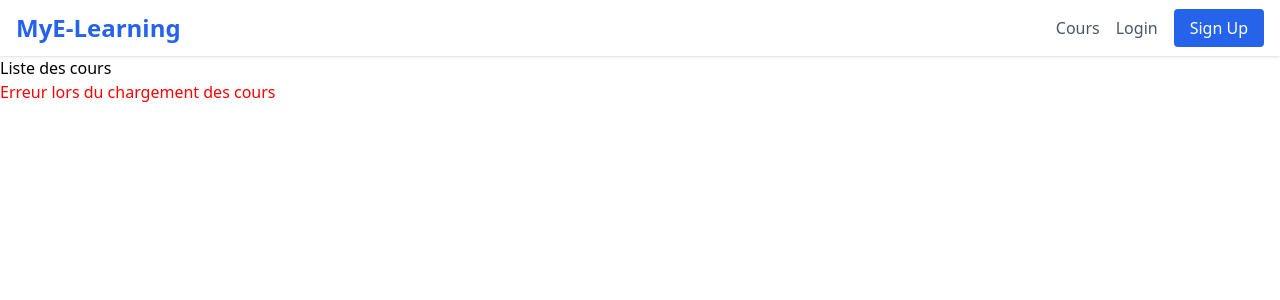
Repository: abdernossair/Studyfi
Page: /courses (app in frontend-react/)
These files come from the project's save history. The page is drawn as it stood at one moment and after the next save; the edit follows.
The browser window is 1280 px wide. The pictures show the whole page.
The page's requests for data from a server got no answer. The project was rebuilt for these pictures with package versions that can differ from the ones it lists, and the page was loaded fresh each time. No one was signed in, and anything a server would have sent is missing. Also part of the build but not shown: frontend-react/src/pages/Home.js, frontend-react/src/pages/Login.js, frontend-react/src/pages/Signup.js, frontend-react/src/pages/CourseDetail.js.

Above is the page before, as saved 2025-01-08 02:27:43.

### frontend-react/public/index.html
<!DOCTYPE html>
<html lang="fr">
  <head>
    <meta charset="utf-8" />
    <meta name="viewport" content="width=device-width, initial-scale=1" />
    <!-- Balise <title> pour le nom de ton appli -->
    <title>Mon Application E-Learning</title>

    <!-- Exemple d'icône pour l'onglet (facultatif) -->
    <link rel="icon" href="%PUBLIC_URL%/favicon.ico" />
  </head>
  <body>
    <!-- Message si JavaScript est désactivé -->
    <noscript>Vous devez activer JavaScript pour pouvoir utiliser cette application.</noscript>

    <!-- La div où React va injecter toute l’app -->
    <div id="root"></div>
  </body>
</html>

### frontend-react/src/index.js
import React from 'react';
import ReactDOM from 'react-dom/client';
import './index.css'; // <-- Import Tailwind ici
import App from './App';
import { BrowserRouter } from 'react-router-dom';

const root = ReactDOM.createRoot(document.getElementById('root'));
root.render(
  <BrowserRouter>
    <App />
  </BrowserRouter>
);

### frontend-react/src/App.js
import React from 'react';
import { Routes, Route } from 'react-router-dom';
import Home from './pages/Home';
import Login from './pages/Login';
import Signup from './pages/Signup';
import Courses from './pages/Courses';
import CourseDetail from './pages/CourseDetail';
import Navbar from './components/Navbar';

function App() {
  return (
    <div>
      {/* On affiche la barre de navigation en haut */}
      <Navbar />

      {/* Définition des routes */}
      <Routes>
        <Route path="/" element={<Home />} />
        <Route path="/login" element={<Login />} />
        <Route path="/signup" element={<Signup />} />
        <Route path="/courses" element={<Courses />} />
        <Route path="/courses/:id" element={<CourseDetail />} />
      </Routes>
    </div>
  );
}

export default App;

### frontend-react/src/pages/Courses.js
import React, { useEffect, useState } from 'react';
import { Link } from 'react-router-dom';
import { getAllCourses } from '../services/api';

const Courses = () => {
  const [courses, setCourses] = useState([]);
  const [error, setError] = useState('');

  useEffect(() => {
    const fetchCourses = async () => {
      try {
        const { data } = await getAllCourses();
        setCourses(data);
      } catch (err) {
        setError(err.response?.data?.error || 'Erreur lors du chargement des cours');
      }
    };
    fetchCourses();
  }, []);

  return (
    <div>
      <h2>Liste des cours</h2>
      {error && <p style={{ color: 'red' }}>{error}</p>}
      <ul>
        {courses.map((course) => (
          <li key={course._id}>
            {/* Lien vers la page de détail du cours */}
            <Link to={`/courses/${course._id}`}>{course.title}</Link>
          </li>
        ))}
      </ul>
    </div>
  );
};

export default Courses;

### frontend-react/src/components/Navbar.js
import React from 'react';
import { Link } from 'react-router-dom';

const Navbar = () => {
  return (
    <header className="bg-white shadow sticky top-0 z-50">
      <div className="container mx-auto px-4 py-3 flex items-center justify-between">
        <Link to="/" className="text-2xl font-bold text-blue-600">
          MyE-Learning
        </Link>

        <nav className="space-x-4">
          <Link
            to="/courses"
            className="text-gray-600 hover:text-blue-600 transition"
          >
            Cours
          </Link>
          <Link
            to="/login"
            className="text-gray-600 hover:text-blue-600 transition"
          >
            Login
          </Link>
          <Link
            to="/signup"
            className="px-4 py-2 bg-blue-600 text-white rounded hover:bg-blue-700 transition"
          >
            Sign Up
          </Link>
        </nav>
      </div>
    </header>
  );
};

export default Navbar;

### frontend-react/src/services/api.js
import axios from 'axios';

// L'API Gateway tourne probablement sur le port 3000
const API_URL = 'http://localhost:3000';

// ----- Authentification -----
export const signupUser = (payload) => {
  return axios.post(`${API_URL}/auth/signup`, payload);
};

export const loginUser = (payload) => {
  return axios.post(`${API_URL}/auth/login`, payload);
};

// ----- E-Learning : Cours -----
export const getAllCourses = () => {
  return axios.get(`${API_URL}/courses`);
};

export const getCourseById = (courseId) => {
  return axios.get(`${API_URL}/courses/${courseId}`);
};

// Tu peux aussi ajouter une fonction pour créer un cours, etc.
// export const createCourse = (payload) => {
//   const token = localStorage.getItem('token');
//   return axios.post(`${API_URL}/courses`, payload, {
//     headers: {
//       Authorization: `Bearer ${token}`
//     }
//   });
// };

Loaded but not shown: frontend-react/src/index.css (common file); frontend-react/tailwind.config.js (common file)

After the next save:
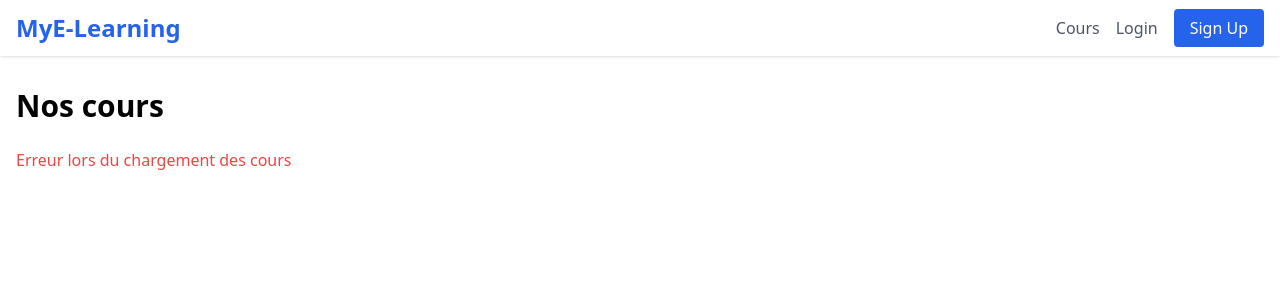
Saved 16 s later.
--- a/frontend-react/src/pages/Courses.js
+++ b/frontend-react/src/pages/Courses.js
@@ -19,17 +19,34 @@ const Courses = () => {
   }, []);
 
   return (
-    <div>
-      <h2>Liste des cours</h2>
-      {error && <p style={{ color: 'red' }}>{error}</p>}
-      <ul>
-        {courses.map((course) => (
-          <li key={course._id}>
-            {/* Lien vers la page de détail du cours */}
-            <Link to={`/courses/${course._id}`}>{course.title}</Link>
-          </li>
+    <div className="container mx-auto px-4 py-8">
+      <h2 className="text-3xl font-bold mb-6">Nos cours</h2>
+      {error && <p className="text-red-500 mb-4">{error}</p>}
+
+      <div className="grid md:grid-cols-3 gap-6">
+        {courses.map(course => (
+          <Link
+            key={course._id}
+            to={`/courses/${course._id}`}
+            className="block bg-white shadow rounded overflow-hidden hover:shadow-lg transition"
+          >
+            <img
+              src="https://images.unsplash.com/photo-1523240795612-9a054b0db644?auto=format&w=800&q=80"
+              alt="course"
+              className="w-full h-40 object-cover"
+            />
+            <div className="p-4">
+              <h3 className="text-xl font-semibold mb-2">{course.title}</h3>
+              <p className="text-gray-600 mb-2">
+                {course.description?.slice(0, 80)}...
+              </p>
+              <p className="text-blue-600 font-bold">
+                {course.price === 0 ? 'Gratuit' : `${course.price} €`}
+              </p>
+            </div>
+          </Link>
         ))}
-      </ul>
+      </div>
     </div>
   );
 };
